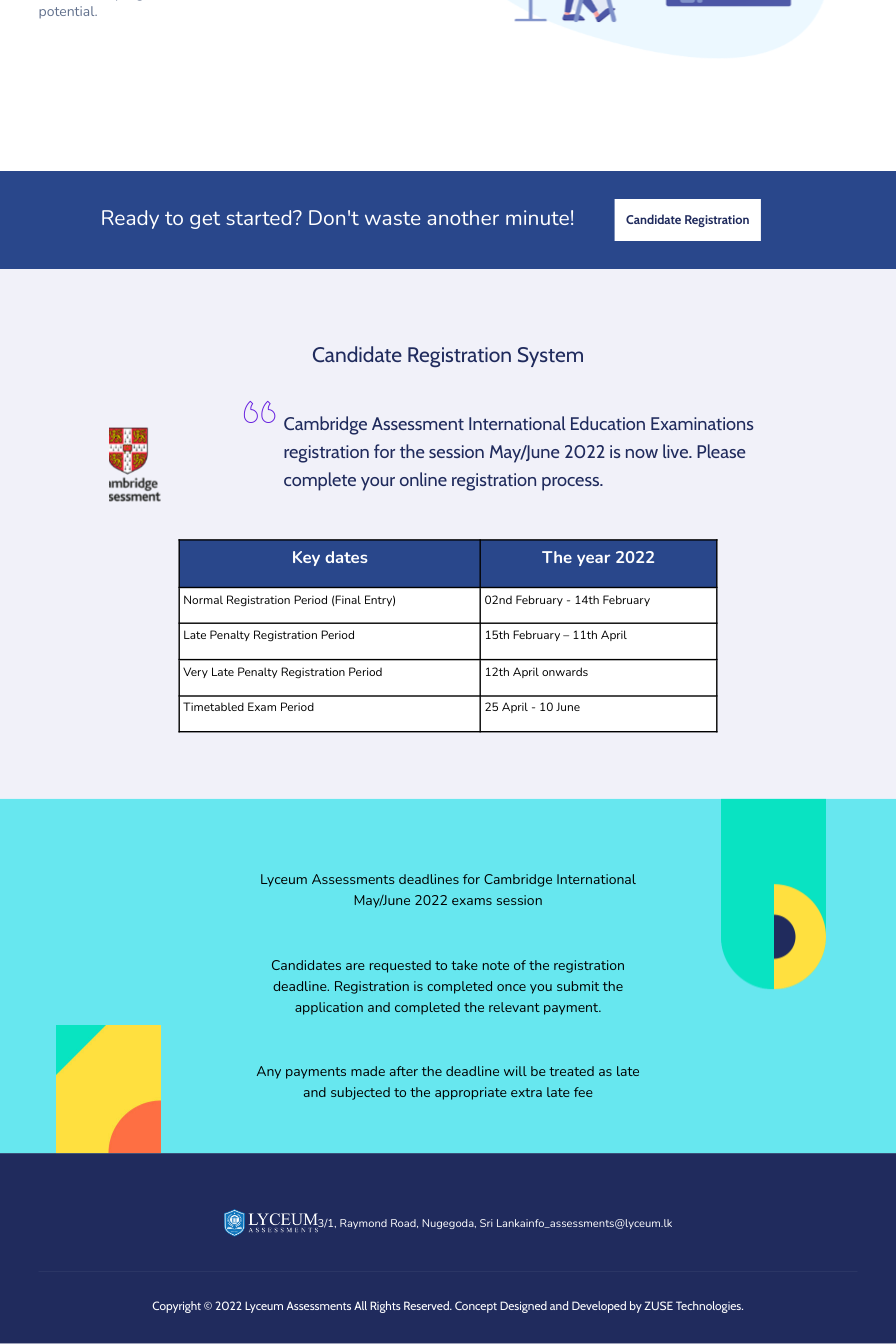
Repository: AXUSLK/LyceumAssessments-HTML
Page: index.html
These files come from the project's save history. The page is drawn as it stood at one moment and after the next save; the edit follows.
The browser window is 1280 px wide. The pictures show the part of the page from y = 2555 to 4475 px (the page is 4475 px tall), at 70% of full size.
Backgrounds fixed to the window are drawn as part of the page. Some web libraries are served in a nearby version.

Above is the page before, as saved 2022-01-31 15:17:33.

After the next save:
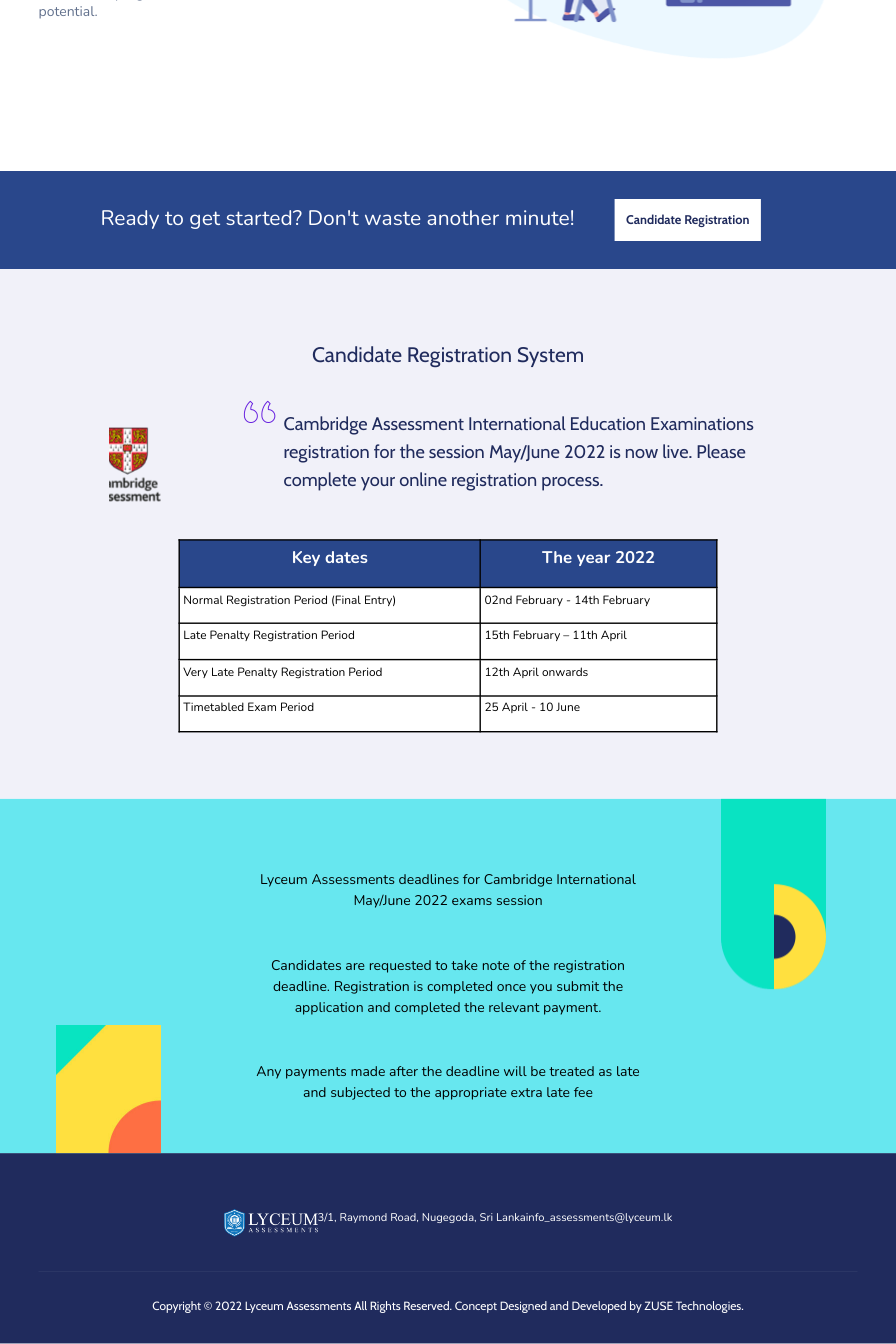
Saved 31 s later.
--- a/index.html
+++ b/index.html
@@ -484,7 +484,7 @@
 			<!-- footerAside -->
 			<aside id="scrollToContact"
 				class="footerAside pt-20 pt-md-10 pt-lg-16 pb-1 pb-md-4 position-relative text-center text-sm-left">
-				<div style="display:flex; justify-content: center; align-items: center;">
+				<div style="display:flex; justify-content: center; align-content: center;">
 					<!-- ftLogo -->
 					<div class="ftLogo mb-6 mx-auto mx-md-0">
 						<a href="javascript:void(0);">
